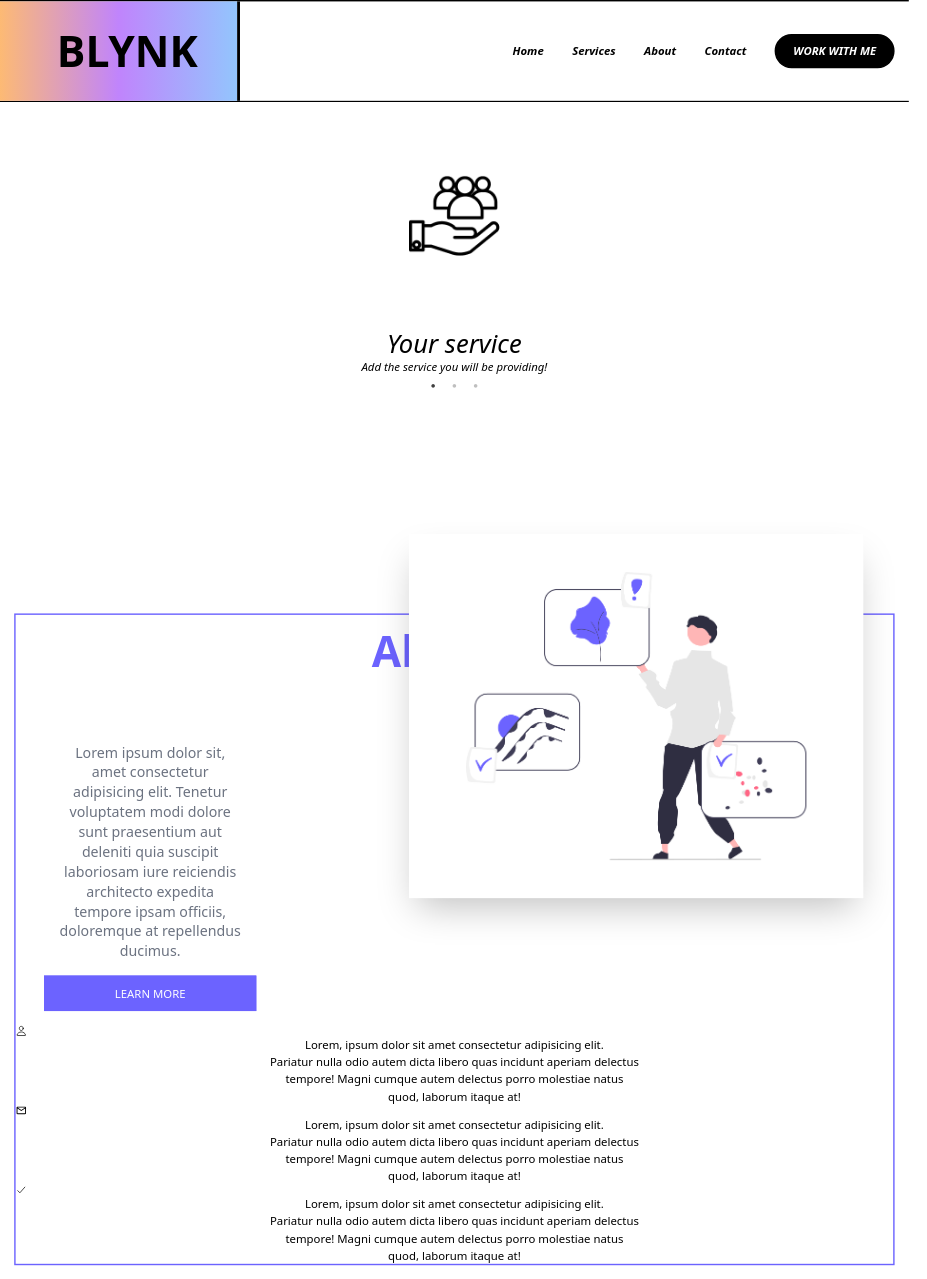
Repository: Al123Kudayyd/eportfolio
Page: /
The author's editor kept a copy of each file at every save. The page is drawn from the files as they stood at one save, then again after the next save.
The browser window is 1280 px wide. The page is 1305 px wide, so the pictures cover 1305 px, including what lies to the right of the window. The pictures show the whole page, at 71% of full size.
The project was rebuilt for these pictures with package versions that can differ from the ones it lists, and the page was loaded fresh each time.

Above is the page before, as saved 2024-02-27 08:05:33.

### src/App.js
import logo from './logo.svg';
import './App.css';
import Nav from './components/Nav';
import Services from './components/Services';
import About from './components/About';

function App() {
  return (
    <div className="App">
      <Nav />
      <Services />
      <About />
    </div>
  );
}

export default App;

### src/components/Nav.jsx
import React from 'react'

function Nav() {
  return (
    <div className=' border-y-2 border-black sticky top-0 z-10'>
        <div className='flex justify-between'>
            <h1 className='font-bold py-10 pl-20 lg:text-6xl text-4xl border-r-4 pr-14 border-black bg-gradient-to-r from-orange-300 via-purple-400 to-blue-300'>BLYNK</h1>
            <ul className='italic hidden lg:flex justify-center items-center space-x-10 cursor-pointer mx-5 text-md font-semibold transp'>
                <li className='hover:text-gray-500 transition-all duration-300 '>Home</li>
                <li className='hover:text-gray-500 transition-all duration-300'>Services</li>
                <li className='hover:text-gray-500 transition-all duration-300'>About</li>
                <li className='hover:text-gray-500 transition-all duration-300'>Contact</li>
                <li className='bg-black text-white px-6 py-[10px] border-2 border-black hover:bg-white rounded-3xl
                hover:text-black transition-all duration-300'>
                    WORK WITH ME
                </li>
            </ul>
        </div>
    </div>
  )
}

export default Nav

### src/components/Services.jsx
import React from 'react'
import "slick-carousel/slick/slick.css";
import "slick-carousel/slick/slick-theme.css";
import Slider from "react-slick";
import service from '../assests/service.png'
import service1 from '../assests/service1.png'
import service2 from '../assests/service2.png'

function Services() {
  var settings = {
    dots: true,
    infinite: true,
    speed: 500,
    slidesToShow: 1,
    slidesToScroll: 1,
  };

  return (
    <div className=''>
        <div className='min-h-[400px] lg:min-h-[700px] text-center '>
        <Slider className='text-black  italic' {...settings}>
      <div className='relative'>
        <img src={service} className='w-1/4 translate-x-[150%]' alt="" />
        <h1 className='text-4xl'>Your service</h1>
        <p className='text-md'>Add the service you will be providing!</p>
      </div>
      <div>
        <img src={service1} className='w-1/4 translate-x-[150%]' alt="" />
        <h3 className='text-4xl'>Your Serivce</h3>
        <p className='text-md'>Add the service you will be providing!</p>
      </div>
      <div>
        <img src={service2} className='w-1/4 translate-x-[150%]' alt="" />
        <h3 className='text-4xl'>Your Serivce</h3>
        <p className='text-md'>Add the service you will be providing!</p>
      </div>
      </Slider>
        </div>
    </div>
  )
}

export default Services

### src/components/About.jsx
import React from 'react'
import about from '../assests/about.png'
import AboutService from './AboutService'
import { IoPersonOutline } from "react-icons/io5";
import { MdOutlineEmail } from "react-icons/md";
import { IoCheckmarkOutline } from "react-icons/io5";

function About() {
  return (
    <div className='relative '>
      <div className='relative border-2 border-[#6C63FF] m-5'>
        <div className='pl-10 flex flex-col'>
            <h1 className=' text-[#6C63FF] pt-5 text-6xl font-bold '>
                About Us
            </h1>
            <p className='md:w-1/2 lg:w-1/4 mt-20 text-xl text-gray-500 p-5'>Lorem ipsum dolor sit, amet consectetur adipisicing elit. Tenetur voluptatem modi dolore sunt praesentium aut deleniti quia suscipit laboriosam iure reiciendis architecto expedita tempore ipsam officiis, doloremque at repellendus ducimus.</p>
            <button className='bg-[#6C63FF] text-white border border-[#6C63FF] px-7 py-3 mb-5 hover:bg-white
            hover:text-[#6C63FF] transitio duration-300 w-1/4'>
              LEARN MORE
            </button>
        </div>
        <AboutService button={<IoPersonOutline />} button1={<MdOutlineEmail />} button2={<IoCheckmarkOutline />}
        para={<div>Lorem, ipsum dolor sit amet consectetur adipisicing elit.<br /> Pariatur nulla odio autem dicta libero quas incidunt aperiam delectus <br />tempore! Magni cumque autem delectus porro molestiae natus <br />quod, laborum itaque at!</div>} />
        </div>

        <img src={about} className='absolute -top-28 w-[45%] lg:w-[50%] shadow-2xl right-4 lg:right-16' />
    </div>
  )
}

export default About

### src/components/AboutService.js
import React from 'react'


function AboutService({ button, button1, button2, para }) {
  return (
    <div>
        <div>
            <div>
                <span>{button}</span>
                <p>{para}</p>
            </div>
            <div>
                <span>{button1}</span>
                <p>{para}</p>
            </div>
            <div>
                <span>{button2}</span>
                <p>{para}</p>
            </div>
        </div>
    </div>
  )
}

export default AboutService

### tailwind.config.js
/** @type {import('tailwindcss').Config} */
module.exports = {
  content: [
    "./src/App.js.{js,jsx,ts,tsx}",
    "./src/components/Nav.{js,jsx,ts,tsx}",
    "./src/components/Services.{js,jsx,ts,tsx}",
    "./src/components/About.{js,jsx,ts,tsx}"
],
  theme: {
    extend: {},
  },
  plugins: [],
}

Loaded but not shown: public/index.html (common file); src/index.js (common file); src/index.css (common file); src/reportWebVitals.js (common file); src/App.css (common file)

After the next save:
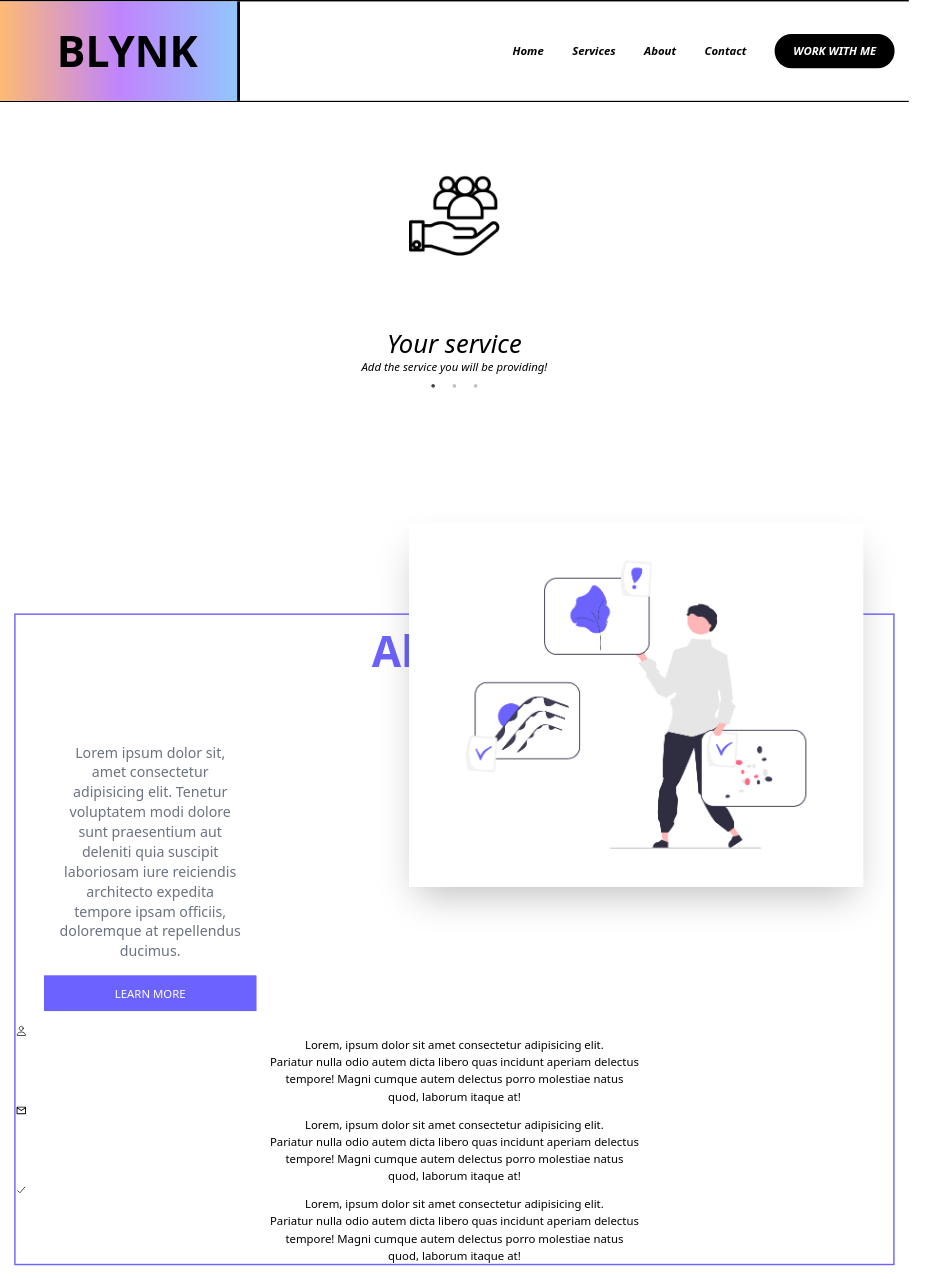
Saved 15 s later.
--- a/src/components/About.jsx
+++ b/src/components/About.jsx
@@ -23,7 +23,7 @@ function About() {
         para={<div>Lorem, ipsum dolor sit amet consectetur adipisicing elit.<br /> Pariatur nulla odio autem dicta libero quas incidunt aperiam delectus <br />tempore! Magni cumque autem delectus porro molestiae natus <br />quod, laborum itaque at!</div>} />
         </div>
 
-        <img src={about} className='absolute -top-28 w-[45%] lg:w-[50%] shadow-2xl right-4 lg:right-16' />
+        <img src={about} className='absolute -top-32 w-[45%] lg:w-[50%] shadow-2xl right-4 lg:right-16' />
     </div>
   )
 }
